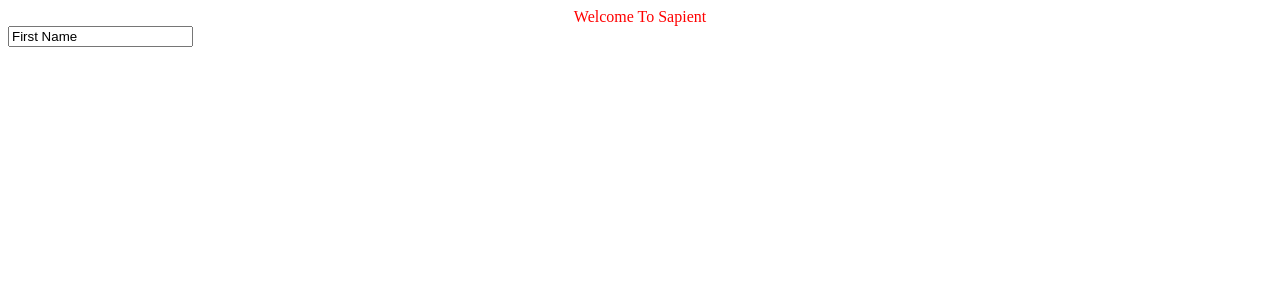
Repository: sauran/SapientTraining
Page: DemoProject/WebContent/Signup.html
The author's editor kept a copy of each file at every save. The page is drawn from the files as they stood at one save, then again after the next save.
The browser window is 1280 px wide. The pictures show the whole page.

Above is the page before, as saved 2015-09-15 08:31:57.

After the next save:
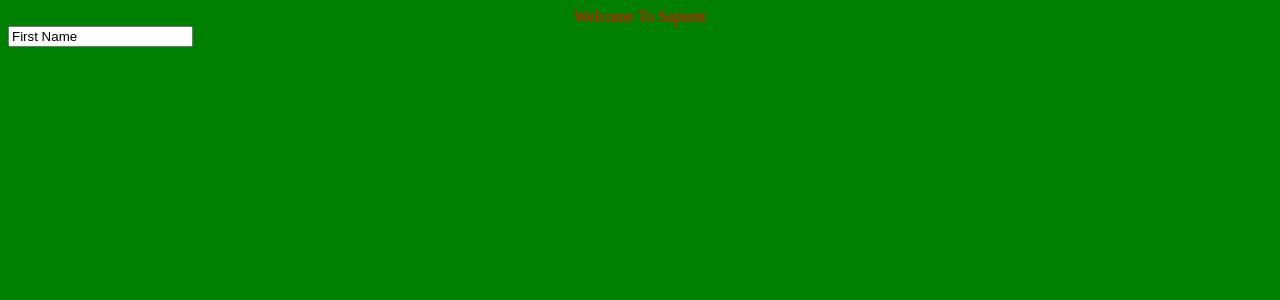
Saved 47 s later.
--- a/DemoProject/WebContent/Signup.html
+++ b/DemoProject/WebContent/Signup.html
@@ -4,12 +4,13 @@
 <meta charset="ISO-8859-1">
 <title>Sign Up</title>
 </head>
-<body>
+<body style="background-color: green">
 <center style="color:red"> Welcome To Sapient</center>
 
 <input type="text" value = "First Name">
 
 
 
+
 </body>
 </html>
